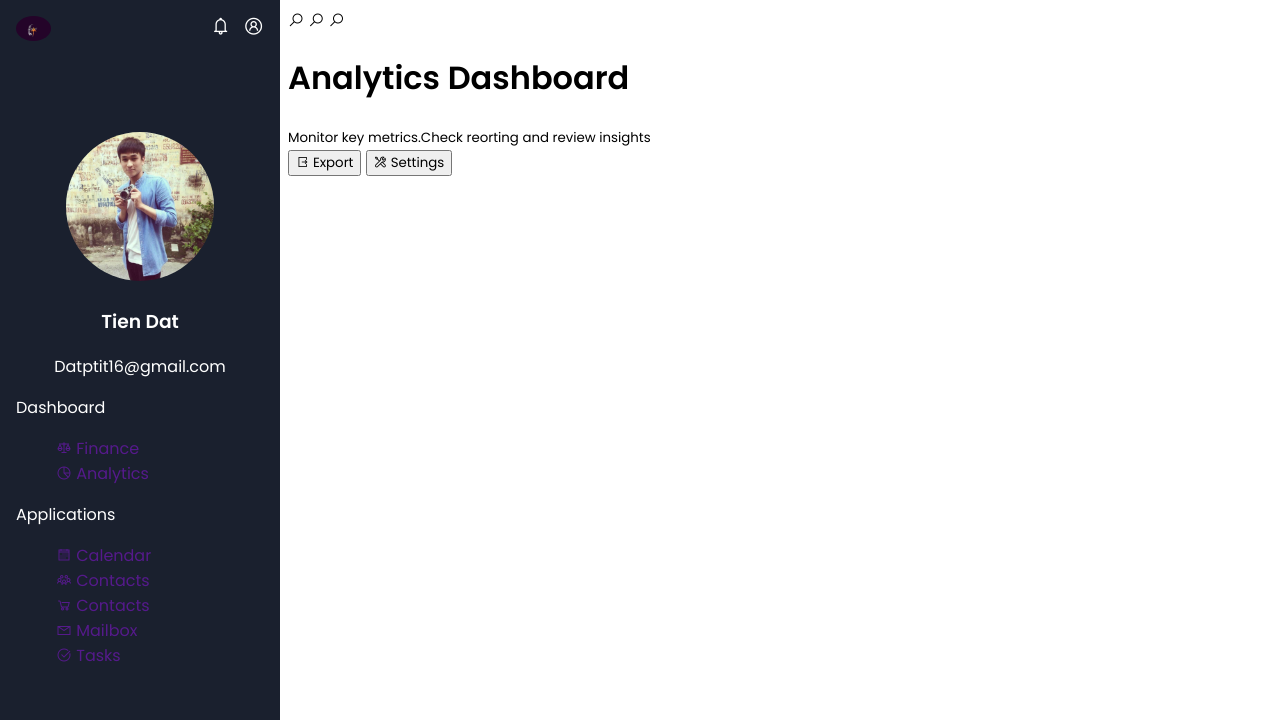
Repository: Datt21/dashboard-fe-project
Page: index.html
An editor plug-in stored every save of this project. The page is shown before and after the next save, followed by the edit.
The browser window is 1280 px wide. The pictures show the whole page.

Above is the page before, as saved 2021-06-08 14:12:27.

After the next save:
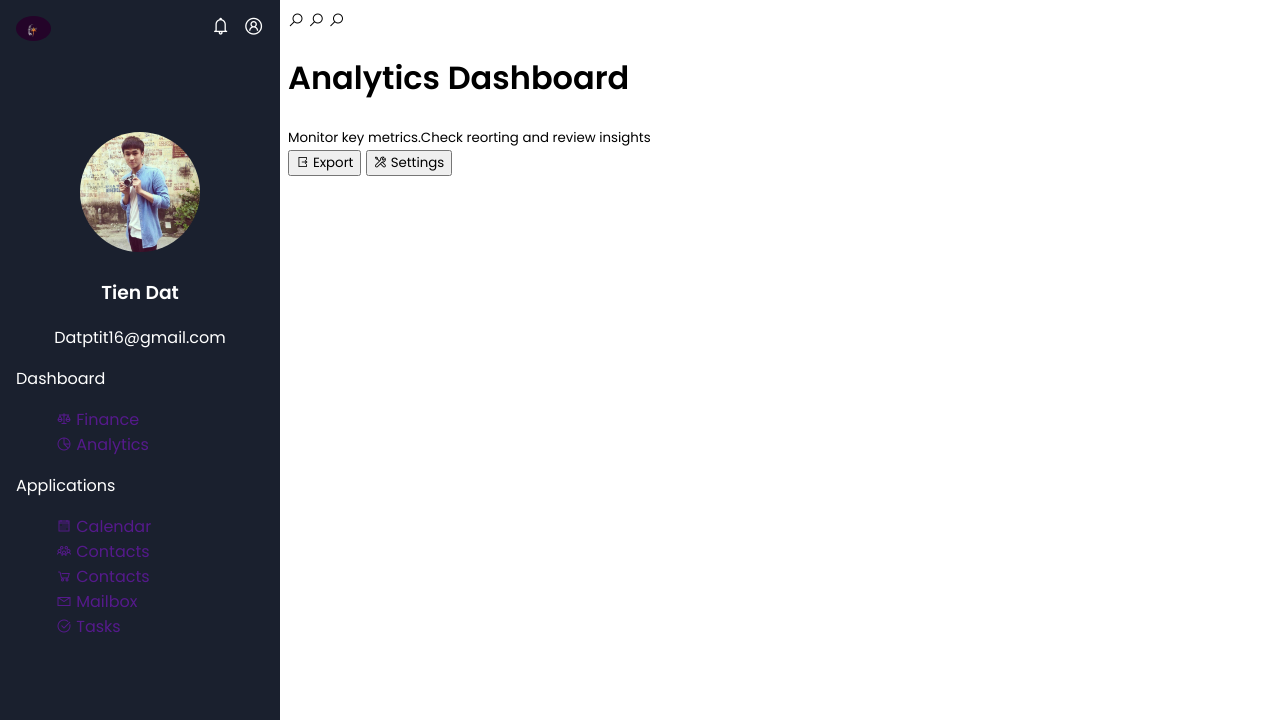
Saved 66 s later.
--- a/assets/css/style.css
+++ b/assets/css/style.css
@@ -47,7 +47,8 @@
 }
 
 .sidebar__user img{
-    width: 60%;
+    width: 120px;
+    height: 120px;
     border-radius: 50%;
 }
 
